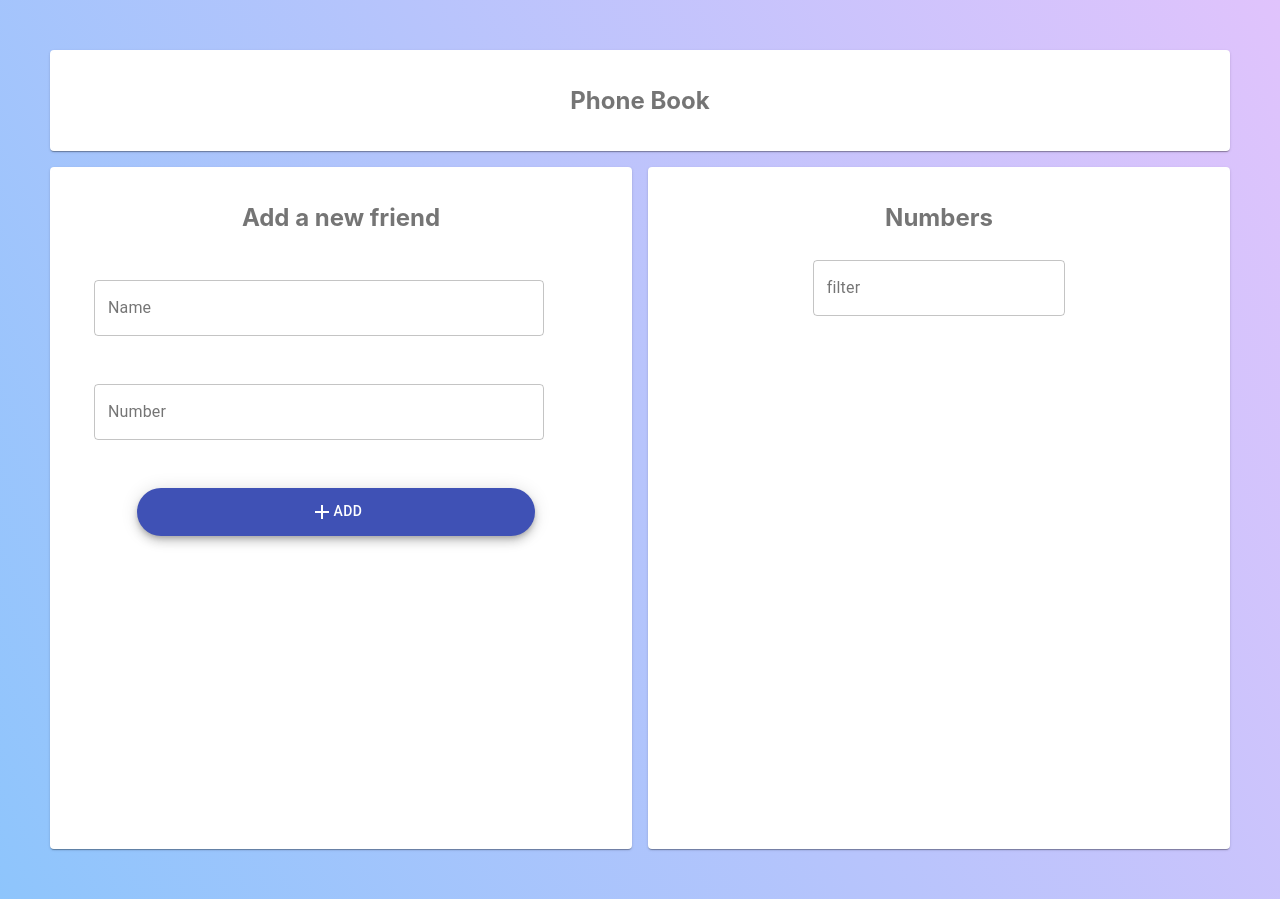
Repository: StacyLafume/phone-book
Page: / (app in phone-book/)
The author's editor kept a copy of each file at every save. The page is drawn from the files as they stood at one save, then again after the next save.
The browser window is 1280 px wide. The pictures show the whole page.
The page's requests for data from a server got no answer. The project was rebuilt for these pictures with package versions that can differ from the ones it lists, and the page was loaded fresh each time. No one was signed in, and anything a server would have sent is missing. Also part of the build but not shown: phone-book/src/PhoneBook.js.

Above is the page before, as saved 2021-04-02 02:57:03.

### phone-book/src/index.css
body {
  margin: 0;
  font-family: -apple-system, BlinkMacSystemFont, 'Segoe UI', 'Roboto', 'Oxygen',
    'Ubuntu', 'Cantarell', 'Fira Sans', 'Droid Sans', 'Helvetica Neue',
    sans-serif;
  -webkit-font-smoothing: antialiased;
  -moz-osx-font-smoothing: grayscale;
  background-color: #8EC5FC;
background-image: linear-gradient(62deg, #8EC5FC 0%, #E0C3FC 100%);

}

code {
  font-family: source-code-pro, Menlo, Monaco, Consolas, 'Courier New',
    monospace;
}

### phone-book/src/App.js
import React, { useState, useEffect } from "react";
// importing a modual personsService
import personsService from "./Service/person";
import Filter from "./Filter";
import Notification from "./Notification";
import PersonForm from "./PersonForm";
import PhoneBook from "./PhoneBook";
import { makeStyles } from '@material-ui/core/styles';
import Paper from '@material-ui/core/Paper';
import Grid from '@material-ui/core/Grid';
import Box from '@material-ui/core/Box';
import List from '@material-ui/core/List';


const App = () => {
  const [persons, setPersons] = useState([]);
  const [newName, setNewName] = useState("");
  const [newNumber, setNewNumber] = useState("");
  const [showFilter, setshowFilter] = useState("");
  const [notification, setNotification] = useState(null);
  const [success, setSuccess] = useState(null);

  const useStyles = makeStyles((theme) => ({
    root: {
      flexGrow: 1,
      margin: 50,

    },
    paper: {
      padding: theme.spacing(2),
      justifyItems: 'center',
      color: theme.palette.text.secondary,
      overflow: 'auto',
      height: 650,

    },
    header1: {
      padding: theme.spacing(2),
      justifyItems: 'center',
      color: theme.palette.text.secondary,
      overflow: 'auto',
      textAlign: 'center'
    },
    addFriend:{
      padding: theme.spacing(2),
      justifyItems: 'center',
      color: theme.palette.text.secondary,
      overflow: 'auto',

      height: 650,
      justifyContent: 'center'

    }
  }));

  // show data on the screen
  useEffect(() => {
    personsService
      .getAll()
      .then(response => {
        setPersons(response);
      })
      .catch(error => showMessage("Could not retrieve data", false));
  }, []);

  const addNewName = e => {
    e.preventDefault();
    const personObject = {
      name: newName,
      number: newNumber
    };

    //console.log('persons.some(e => e.name === newName)',persons.some(e => e.name === newName))

    // if name is already in phone book return true and alert user
    if (persons.some(e => e.name === newName)) {

      // first name equal to that name
      let personId = persons.find(item => item.name === newName);

      // assigning whats in person obj to person id to update the entry
      let updatedEntry = Object.assign(personId, personObject);

      // alert the user  to update name  and / or  number
      if (
        window.confirm(
          `Do you want to update ${newName} with number ${newNumber}?`
        )
      ) {
        // based on the condition it will make put request to update
        personsService
          .update(personId.id, personObject)
          .then(() => {
            setPersons(
              // map through persons check if name is equal to new name
              //and either return updatedEntry or item
              persons.map(item => (item.name === newName ? updatedEntry : item))
            );
            // reset inputs
            setNewName("");
            setNewNumber("");
            // alert user of the changes
            showMessage(` ${newName} phone number updated`);
          })
          .catch(error => {
            showMessage(
              `Update failed. ${newName} has already been removed from the phone book.`,
              false
            );
            setPersons(persons.filter(n => n.name !== newName));
          });
      }
    } else {
      // if number is already in phone book return true and alert user
      if (persons.some(e => e.number === newNumber)) {
        showMessage(`# ${newNumber} is already in the phone book.`, false);
      } else {
        // check if inputs are empty and set show message
        if (newName === "" || newNumber === "") {
          showMessage(`The name and number must not be empty`, false);
        } else {
          // add personObject to the data base
          personsService
            .create(personObject)
            .then(returnedPerson => {
              setPersons(persons.concat(returnedPerson));
              // reset inputs
              setNewName("");
              setNewNumber("");
              // alert user
              showMessage(`User ${newName} has been added to the phone book`);
            })
            .catch(error => {
              console.log(error.response.data.error)
              return showMessage(
                `Failed to add number. More about error: ${error.response.data.error
                }`,
                false
              );
            });
          // make a get requests of updated data
          personsService
            .getAll()
            .then(response => {
              setPersons(response);
            })
            .catch(error => showMessage("Could not retrieve data", false));
        }
      }
    }
  };

  const removeEntry = person => {
    // if user clicks yes to remove
    if (window.confirm(`Remove ${person.name}?`)) {
      // call delete request with id that needs to be deleted
      personsService
        .remove(person.id)
        .then(() => {
          // setPerson to filtered array of every preson but the deleted person
          setPersons(persons.filter(item => item.id !== person.id));
          showMessage(`${person.name} has been removed from the phone book`);
        })
        .catch(error => {
          showMessage(
            `Removal failed. User ${person.name
            } has already been removed from the phone book.`,
            false
          );
          // make a get requests of updated data
          personsService
            .getAll()
            .then(response => {
              setPersons(response);
            })
            .catch(error => showMessage("Could not retrieve data", false));
        });
    }
  };

  // tracking values in the name input
  const handleNameChange = e => {
    // console.log(e.target.value);
    setNewName(e.target.value);
  };

  // tracking values in the number input
  const handleNumberChange = e => {
    setNewNumber(e.target.value);
  };

  const showMessage = (message, successNotification = true) => {
    // sets notication based on the true or false given by the condiyion it was called in
    setNotification(message);
    // boolean value if the rquest was successful or not
    setSuccess(successNotification);

    // the notification will stay on browser for 3 sec
    setTimeout(() => {
      setNotification(null);
      setSuccess(null);
    }, 3000);
  };

  const classes = useStyles();
  return (
    <Box className={classes.root}>
      <Grid container spacing={2}>
      <Grid item xs={12}>
      <Paper className={classes.header1}>
        <h2>Phone Book</h2>
        </Paper>
        </Grid>
        <Grid item xs={6} >
          <Paper className={classes.addFriend}>


            <h2>Add a new friend</h2>
            <PersonForm
              addNewName={addNewName}
              newName={newName}
              handleNameChange={handleNameChange}
              handleNumberChange={handleNumberChange}
            />
          </Paper>
        </Grid>
        <Grid item xs={6}>
          <Paper className={classes.paper}>
            <h2>Numbers</h2>
            <Notification notification={notification} success={success} />
            <Filter showFilter={showFilter} setshowFilter={setshowFilter} />
            <List>
              <PhoneBook
                persons={persons}
                showFilter={showFilter}
                removeEntry={removeEntry}
              />
            </List>
          </Paper>
        </Grid>
      </Grid>
    </Box>
  );
};

export default App;

### phone-book/src/Service/person.js
import axios from "axios";

//const baseUrl = "http://localhost:3003/persons";
const baseUrl = 'api/persons';

// get rquest for all of json datas
const getAll = () => {
  const request = axios.get(baseUrl);
  return request.then(response => response.data);
};

// post request to add new entry
const create = newObject => {
  const request = axios.post(baseUrl, newObject);
  return request.then(response => response.data)
};

// put request to update json db
const update = (id, newObject) => {
  const request = axios.put(`${baseUrl}/${id}`, newObject);
  return request.then(response => response.data);
};

// delete request to delete from json data base
const remove = id => {
  const request = axios.delete(`${baseUrl}/${id}`);
  return request.then(response => response.data);
};


// exporting all of the functions
export default {
  getAll: getAll,
  create: create,
  update: update,
  remove: remove
};

### phone-book/src/Filter.js
import React from "react";
import { makeStyles } from '@material-ui/core/styles';
import TextField from '@material-ui/core/TextField';

const Filter = ({ showFilter, setshowFilter }) => {
  const useStyles = makeStyles((theme) => ({
    root: {
      '& > *': {
        margin: theme.spacing(1),
        width: '25ch',
      },
    },
  }));
  const classes = useStyles();
  const filterPersons = e => {
    setshowFilter(e.target.value);
  };

  return (
    <div className={classes.root}>
      <TextField id="outlined-basic" value={showFilter} label="filter" variant="outlined"onChange={filterPersons} />
    </div>
  );
};

export default Filter;

### phone-book/src/Notification.js
import React from "react";


const Notification = ({ notification, success }) => {
  // console.log(notification);
  // console.log(success);

  // if there is no notification return null
  if (notification === null) {
    return null;
  }

  // if success renders the paticular (inLine) style
  if (success)
    return (
      <div className="success" style={styles.success}>
        {notification}
      </div>
    );
  else
    return (
      <div className="success" style={styles.fail}>
        {notification}
      </div>
    );
};

var styles = {
  success: {
    color: "green",
    background: "white",
    fontSize: 20,
    borderStyle: "solid",
    borderRadius: 5,
    padding: 10,
    marginBottom: 10
  },
  fail: {
    color: "red",
    background: "white",
    fontSize: 20,
    borderStyle: "solid",
    borderRadius: 5,
    padding: 10,
    marginBottom: 10
  }
};

export default Notification;

### phone-book/src/PersonForm.js
import React from "react";
import { makeStyles } from '@material-ui/core/styles';
import TextField from '@material-ui/core/TextField';
import Grid from '@material-ui/core/Grid';
import Fab from '@material-ui/core/Fab';
import AddIcon from '@material-ui/icons/Add';



const PersonForm = ({
  newName,
  newNumber,
  addNewName,
  handleNameChange,
  handleNumberChange
}) => {
  const useStyles = makeStyles((theme) => ({
    root: {
      '& > *': {
        margin: theme.spacing(2),
        width: '50ch',
      },
    },
    press: {
      marginLeft: 75,
      extendedIcon: {
        marginRight: theme.spacing(1),
      },
    }
  }));
  const classes = useStyles();
  return (
    <Grid container spacing={1}>
      <form onSubmit={addNewName} className={classes.root} noValidate autoComplete="off">

        {/* calls the function tracking values in the name input */}
        {/* name: <input value={newName} onChange={handleNameChange} /> */}
        <Grid item xs={12}>
        <TextField id="outlined-basic" className={classes.root} label="Name" value={newName} onChange={handleNameChange} variant="outlined" />
        </Grid>
        <Grid item  xs={12}>
        {/* calls the function tracking values in the number input */}
        <TextField id="outlined-basic"  className={classes.root} value={newNumber} onChange={handleNumberChange} label="Number" variant="outlined" />
        </Grid>
        {/* calls the create request to add name and number */}
        <Fab variant="extended" color="primary" aria-label="add" className={classes.press} type="submit">
          <AddIcon className={classes.extendedIcon} />
         Add
        </Fab>
      </form>
      </Grid>

  );
};


export default PersonForm;

Loaded but not shown: phone-book/public/index.html (common file); phone-book/src/index.js (common file)

After the next save:
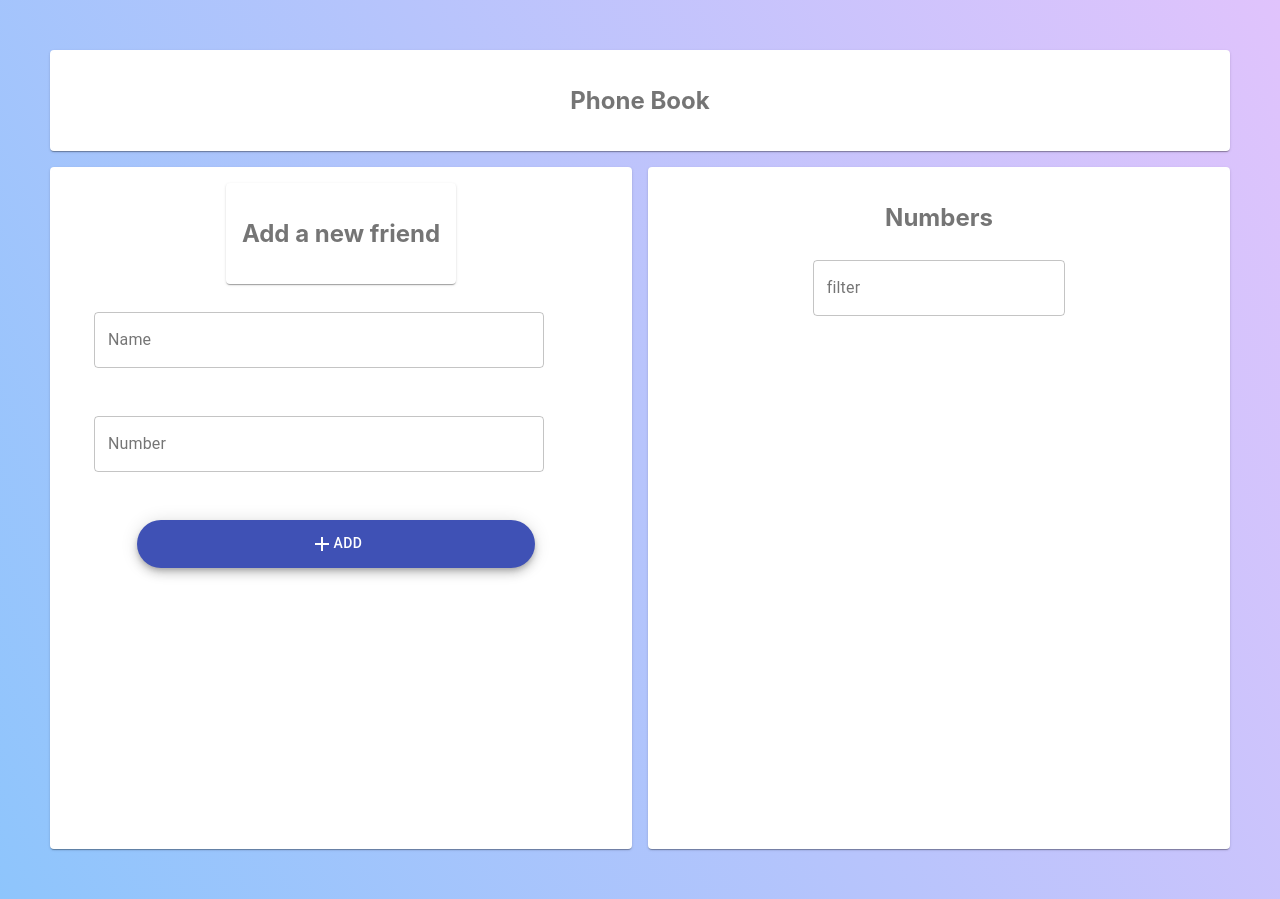
Saved 42 s later.
--- a/phone-book/src/App.js
+++ b/phone-book/src/App.js
@@ -214,8 +214,9 @@ const App = () => {
         <Grid item xs={6} >
           <Paper className={classes.addFriend}>
 
-
+          <Paper className={classes.header1}>
             <h2>Add a new friend</h2>
+            </Paper>
             <PersonForm
               addNewName={addNewName}
               newName={newName}
